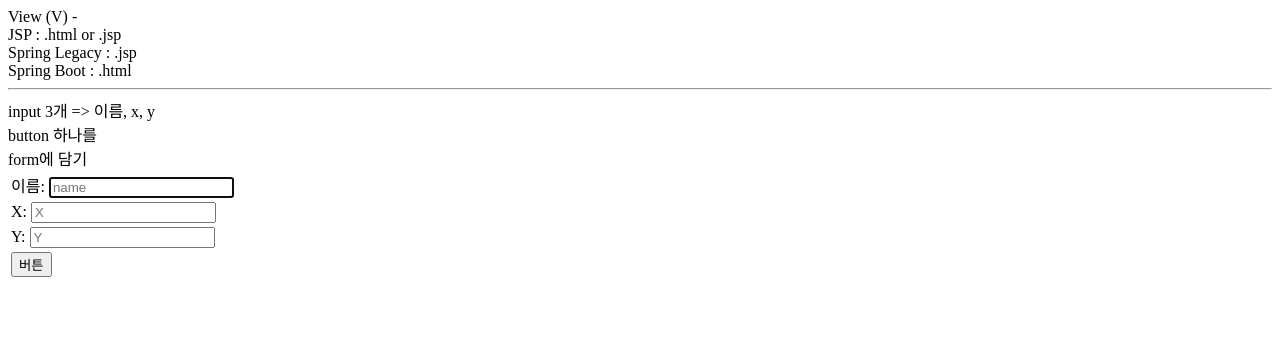
Repository: AgentHyun/FishDalle3
Page: http://localhost/Feb11_2_SpringMVC/
The author's editor kept a copy of each file at every save. The page is drawn from the files as they stood at one save, then again after the next save.
The browser window is 1280 px wide. The pictures show the whole page.
The page is served by Tomcat 9. Other server files are loaded and not shown.

Above is the page before, as saved 2025-02-11 01:41:31.

### Feb11_2_SpringMVC/src/main/webapp/WEB-INF/views/index.jsp
<%@ page language="java" contentType="text/html; charset=UTF-8"
    pageEncoding="UTF-8"%>
<!DOCTYPE html>
<html>
<head>
<meta charset="UTF-8">
<title>Insert title here</title>
</head>
<body>
  View (V) - <br>
      JSP : .html or .jsp <br>
      Spring Legacy : .jsp <br>
      Spring Boot : .html <br>
      <hr>
      input 3개 => 이름, x, y <br>
      button 하나를 <br>
      form에 담기
      <form>
  <table>
    <tr>
      <td>이름: <input name="name" placeholder = "name" autofocus = "autofocus"></td>
    </tr>
    <tr>
      <td>X: <input name="X" placeholder = "X" autofocus = "autofocus"></td>
    </tr>
    <tr>
      <td>Y: <input name="Y" placeholder = "Y" autofocus = "autofocus"></td>
    </tr>
    <tr>
      <td><button>버튼</button></td>
    </tr>
  </table>
</form>

</body>
</html>

After the next save:
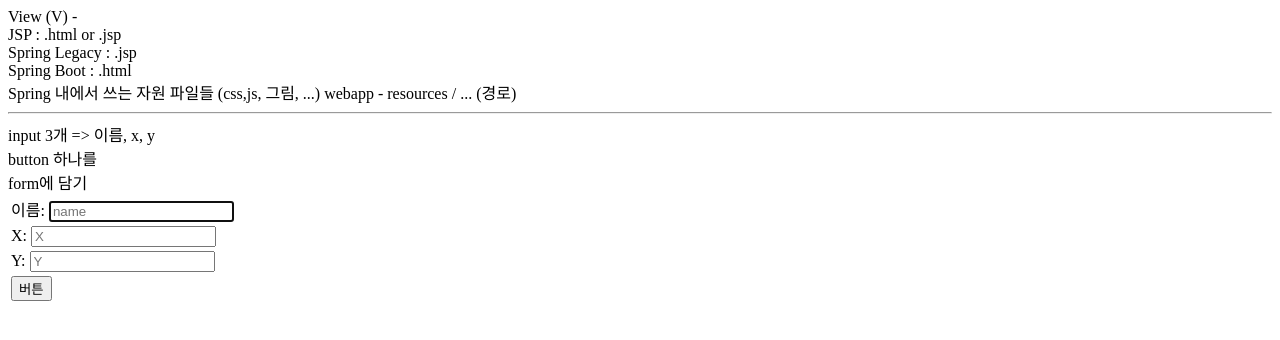
Saved 2 s later.
--- a/Feb11_2_SpringMVC/src/main/webapp/WEB-INF/views/index.jsp
+++ b/Feb11_2_SpringMVC/src/main/webapp/WEB-INF/views/index.jsp
@@ -11,6 +11,9 @@
       JSP : .html or .jsp <br>
       Spring Legacy : .jsp <br>
       Spring Boot : .html <br>
+
+      Spring 내에서 쓰는 자원 파일들 (css,js, 그림, ...)
+      webapp - resources / ... (경로)
       <hr>
       input 3개 => 이름, x, y <br>
       button 하나를 <br>
